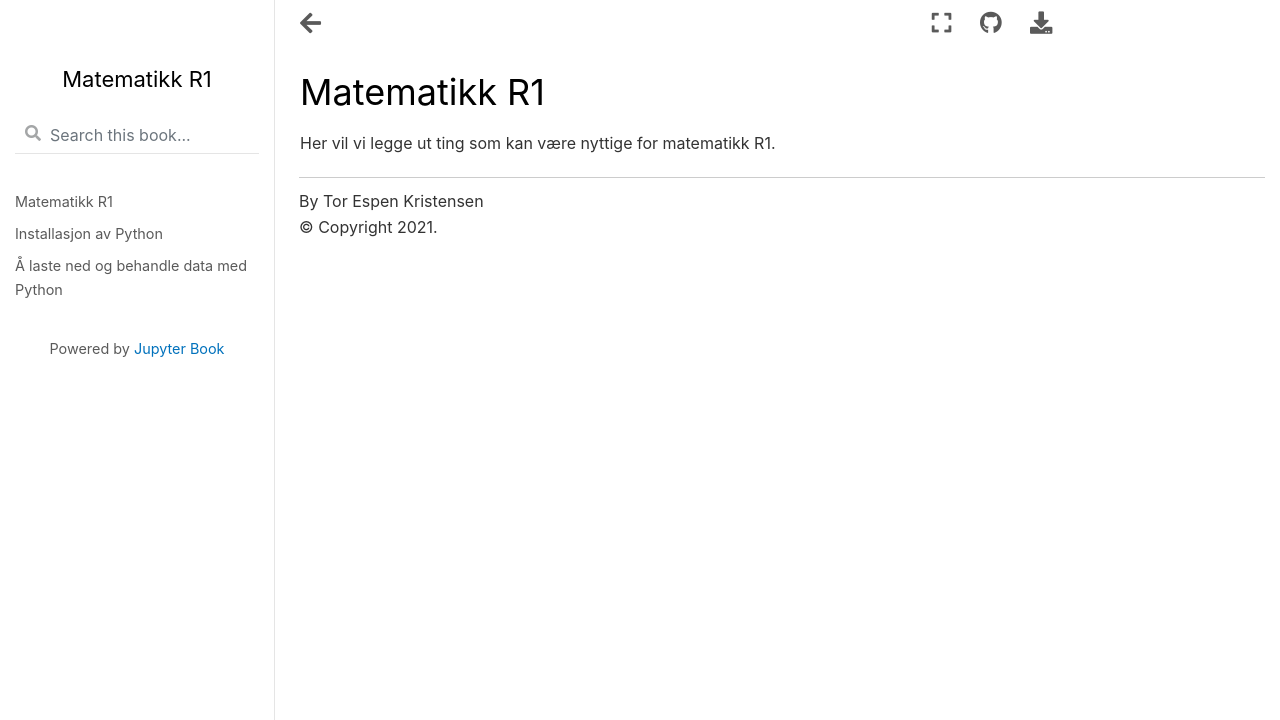
Repository: tork73/R1
Page: R1-programmering/_build/html/intro.html
These files come from the project's save history. The page is drawn as it stood at one moment and after the next save; the edit follows.
The browser window is 1280 px wide. The pictures show the whole page.

Above is the page before, as saved 2022-01-31 10:33:59.

### R1-programmering/_build/html/intro.html

<!DOCTYPE html>

<html>
  <head>
    <meta charset="utf-8" />
    <meta name="viewport" content="width=device-width, initial-scale=1.0" />
    <title>Matematikk R1 &#8212; Matematikk R1</title>

  <link href="../_static/css/theme.css" rel="stylesheet">
  <link href="../_static/css/index.ff1ffe594081f20da1ef19478df9384b.css" rel="stylesheet">


  <link rel="stylesheet"
    href="../_static/vendor/fontawesome/5.13.0/css/all.min.css">
  <link rel="preload" as="font" type="font/woff2" crossorigin
    href="../_static/vendor/fontawesome/5.13.0/webfonts/fa-solid-900.woff2">
  <link rel="preload" as="font" type="font/woff2" crossorigin
    href="../_static/vendor/fontawesome/5.13.0/webfonts/fa-brands-400.woff2">





    <link rel="stylesheet" type="text/css" href="../_static/pygments.css" />
    <link rel="stylesheet" type="text/css" href="../_static/sphinx-book-theme.css?digest=c3fdc42140077d1ad13ad2f1588a4309" />
    <link rel="stylesheet" type="text/css" href="../_static/togglebutton.css" />
    <link rel="stylesheet" type="text/css" href="../_static/copybutton.css" />
    <link rel="stylesheet" type="text/css" href="../_static/mystnb.css" />
    <link rel="stylesheet" type="text/css" href="../_static/sphinx-thebe.css" />
    <link rel="stylesheet" type="text/css" href="../_static/proof.css" />
    <link rel="stylesheet" type="text/css" href="../_static/panels-main.c949a650a448cc0ae9fd3441c0e17fb0.css" />
    <link rel="stylesheet" type="text/css" href="../_static/panels-variables.06eb56fa6e07937060861dad626602ad.css" />

  <link rel="preload" as="script" href="../_static/js/index.be7d3bbb2ef33a8344ce.js">

    <script data-url_root="../" id="documentation_options" src="../_static/documentation_options.js"></script>
    <script src="../_static/jquery.js"></script>
    <script src="../_static/underscore.js"></script>
    <script src="../_static/doctools.js"></script>
    <script src="../_static/togglebutton.js"></script>
    <script src="../_static/clipboard.min.js"></script>
    <script src="../_static/copybutton.js"></script>
    <script>var togglebuttonSelector = '.toggle, .admonition.dropdown, .tag_hide_input div.cell_input, .tag_hide-input div.cell_input, .tag_hide_output div.cell_output, .tag_hide-output div.cell_output, .tag_hide_cell.cell, .tag_hide-cell.cell';</script>
    <script src="../_static/sphinx-book-theme.d59cb220de22ca1c485ebbdc042f0030.js"></script>
    <script async="async" src="https://unpkg.com/thebe@0.5.1/lib/index.js"></script>
    <script>
        const thebe_selector = ".thebe"
        const thebe_selector_input = "pre"
        const thebe_selector_output = ".output"
    </script>
    <script async="async" src="../_static/sphinx-thebe.js"></script>
    <link rel="index" title="Index" href="../genindex.html" />
    <link rel="search" title="Search" href="../search.html" />
    <meta name="viewport" content="width=device-width, initial-scale=1" />
    <meta name="docsearch:language" content="None">


    <!-- Google Analytics -->

  </head>
  <body data-spy="scroll" data-target="#bd-toc-nav" data-offset="80">

    <div class="container-fluid" id="banner"></div>



    <div class="container-xl">
      <div class="row">

<div class="col-12 col-md-3 bd-sidebar site-navigation show" id="site-navigation">

        <div class="navbar-brand-box">
    <a class="navbar-brand text-wrap" href="../index.html">



      <h1 class="site-logo" id="site-title">Matematikk R1</h1>

    </a>
</div><form class="bd-search d-flex align-items-center" action="../search.html" method="get">
  <i class="icon fas fa-search"></i>
  <input type="search" class="form-control" name="q" id="search-input" placeholder="Search this book..." aria-label="Search this book..." autocomplete="off" >
</form><nav class="bd-links" id="bd-docs-nav" aria-label="Main">
    <div class="bd-toc-item active">
        <ul class="nav bd-sidenav">
 <li class="toctree-l1">
  <a class="reference internal" href="../intro.html">
   Matematikk R1
  </a>
 </li>
</ul>
<ul class="nav bd-sidenav">
 <li class="toctree-l1">
  <a class="reference internal" href="../innledning-programmering.html">
   Installasjon av Python
  </a>
 </li>
 <li class="toctree-l1">
  <a class="reference internal" href="../data-pandas.html">
   Å laste ned og behandle data med Python
  </a>
 </li>
</ul>

    </div>
</nav> <!-- To handle the deprecated key -->

<div class="navbar_extra_footer">
  Powered by <a href="https://jupyterbook.org">Jupyter Book</a>
</div>

</div>






<main class="col py-md-3 pl-md-4 bd-content overflow-auto" role="main">

    <div class="topbar container-xl fixed-top">
    <div class="topbar-contents row">
        <div class="col-12 col-md-3 bd-topbar-whitespace site-navigation show"></div>
        <div class="col pl-md-4 topbar-main">

            <button id="navbar-toggler" class="navbar-toggler ml-0" type="button" data-toggle="collapse"
                data-toggle="tooltip" data-placement="bottom" data-target=".site-navigation" aria-controls="navbar-menu"
                aria-expanded="true" aria-label="Toggle navigation" aria-controls="site-navigation"
                title="Toggle navigation" data-toggle="tooltip" data-placement="left">
                <i class="fas fa-bars"></i>
                <i class="fas fa-arrow-left"></i>
                <i class="fas fa-arrow-up"></i>
            </button>


<div class="dropdown-buttons-trigger">
    <button id="dropdown-buttons-trigger" class="btn btn-secondary topbarbtn" aria-label="Download this page"><i
            class="fas fa-download"></i></button>

    <div class="dropdown-buttons">
        <!-- ipynb file if we had a myst markdown file -->

        <!-- Download raw file -->
        <a class="dropdown-buttons" href="../_sources/.history/intro_20220131103359.md"><button type="button"
                class="btn btn-secondary topbarbtn" title="Download source file" data-toggle="tooltip"
                data-placement="left">.md</button></a>
        <!-- Download PDF via print -->
        <button type="button" id="download-print" class="btn btn-secondary topbarbtn" title="Print to PDF"
                onclick="printPdf(this)" data-toggle="tooltip" data-placement="left">.pdf</button>
    </div>
</div>

            <!-- Source interaction buttons -->

<div class="dropdown-buttons-trigger">
    <button id="dropdown-buttons-trigger" class="btn btn-secondary topbarbtn"
        aria-label="Connect with source repository"><i class="fab fa-github"></i></button>
    <div class="dropdown-buttons sourcebuttons">
        <a class="repository-button"
            href="https://github.com/executablebooks/jupyter-book"><button type="button" class="btn btn-secondary topbarbtn"
                data-toggle="tooltip" data-placement="left" title="Source repository"><i
                    class="fab fa-github"></i>repository</button></a>
        <a class="issues-button"
            href="https://github.com/executablebooks/jupyter-book/issues/new?title=Issue%20on%20page%20%2F.history/intro_20220131103359.html&body=Your%20issue%20content%20here."><button
                type="button" class="btn btn-secondary topbarbtn" data-toggle="tooltip" data-placement="left"
                title="Open an issue"><i class="fas fa-lightbulb"></i>open issue</button></a>

    </div>
</div>

            <!-- Full screen (wrap in <a> to have style consistency -->

<a class="full-screen-button"><button type="button" class="btn btn-secondary topbarbtn" data-toggle="tooltip"
        data-placement="bottom" onclick="toggleFullScreen()" aria-label="Fullscreen mode"
        title="Fullscreen mode"><i
            class="fas fa-expand"></i></button></a>

            <!-- Launch buttons -->

        </div>

        <!-- Table of contents -->
        <div class="d-none d-md-block col-md-2 bd-toc show noprint">

        </div>
    </div>
</div>
    <div id="main-content" class="row">
        <div class="col-12 col-md-9 pl-md-3 pr-md-0">
            <!-- Table of contents that is only displayed when printing the page -->
            <div id="jb-print-docs-body" class="onlyprint">
                <h1>Matematikk R1</h1>
                <!-- Table of contents -->
                <div id="print-main-content">
                    <div id="jb-print-toc">

                    </div>
                </div>
            </div>

              <div>

  <div class="tex2jax_ignore mathjax_ignore section" id="matematikk-r1">
<h1>Matematikk R1<a class="headerlink" href="#matematikk-r1" title="Permalink to this headline">¶</a></h1>
<p>Her vil vi legge ut ting som kan være nyttige for matematikk R1.</p>
</div>

    <script type="text/x-thebe-config">
    {
        requestKernel: true,
        binderOptions: {
            repo: "binder-examples/jupyter-stacks-datascience",
            ref: "master",
        },
        codeMirrorConfig: {
            theme: "abcdef",
            mode: "python"
        },
        kernelOptions: {
            kernelName: "python3",
            path: "./.history"
        },
        predefinedOutput: true
    }
    </script>
    <script>kernelName = 'python3'</script>

              </div>


                <!-- Previous / next buttons -->
<div class='prev-next-area'>
</div>

        </div>
    </div>
    <footer class="footer">
  <p>

      By Tor Espen Kristensen<br/>

        &copy; Copyright 2021.<br/>
  </p>
</footer>
</main>


      </div>
    </div>

  <script src="../_static/js/index.be7d3bbb2ef33a8344ce.js"></script>

  </body>
</html>

### R1-programmering/_build/html/_static/togglebutton.css
/* Visibility of the target */
.toggle, div.admonition.toggle .admonition-title ~ * {
    transition: opacity .5s, height .5s;
}

.toggle-hidden:not(.admonition) {
    visibility: hidden;
    opacity: 0;
    height: 1.5em;
    margin: 0px;
    padding: 0px;
}

/* Overrides for admonition toggles */

/* Titles should cut off earlier to avoid overlapping w/ button */
div.admonition.toggle p.admonition-title {
    padding-right: 25%;
}

/* hides all the content of a page until de-toggled */
div.admonition.toggle-hidden .admonition-title ~ * {
    height: 0;
    margin: 0;
    float: left; /* so they overlap when hidden */
    opacity: 0;
    visibility: hidden;
}

/* Toggle buttons inside admonitions so we see the title */
.toggle.admonition {
    position: relative;
}

.toggle.admonition.admonition-title:after {
    content: "" !important;
}

/* Note, we'll over-ride this in sphinx-book-theme */
.toggle.admonition button.toggle-button {
    margin-right: 0.5em;
    right: 0em;
    position: absolute;
    top: .2em;
}

/* General button style */
button.toggle-button {
    background: #999;
    border: none;
    z-index: 100;
    right: -2.5em;
    margin-left: -2.5em; /* A hack to keep code blocks from being pushed left */
    position: relative;
    float: right;
    border-radius: 100%;
    width: 1.5em;
    height: 1.5em;
    padding: 0px;
}

@media (min-width: 768px) {
    button.toggle-button.toggle-button-hidden:before {
        content: "Click to show";
        position: absolute;
        font-size: .8em;
        left: -6.5em;
        bottom: .4em;
    }
}


/* Plus / minus toggles */
.toggle-button .bar {
    background-color: white;
    position: absolute;
    left: 15%;
    top: 43%;
    width: 16px;
    height: 3px;
}

.toggle-button .vertical {
    transition: all 0.25s ease-in-out;
    transform-origin: center;
}

.toggle-button-hidden .vertical {
    transform: rotate(-90deg);
}

### R1-programmering/_build/html/_static/copybutton.css
/* Copy buttons */
button.copybtn {
    position: absolute;
    display: flex;
    top: .3em;
    right: .5em;
    width: 1.7em;
    height: 1.7em;
	opacity: 0;
    transition: opacity 0.3s, border .3s, background-color .3s;
    user-select: none;
    padding: 0;
    border: none;
    outline: none;
    border-radius: 0.4em;
    border: #e1e1e1 1px solid;
    background-color: rgb(245, 245, 245);
}

button.copybtn.success {
    border-color: #22863a;
}

button.copybtn img {
    width: 100%;
    padding: .2em;
}

div.highlight  {
    position: relative;
}

.highlight:hover button.copybtn {
	opacity: 1;
}

.highlight button.copybtn:hover {
    background-color: rgb(235, 235, 235);
}

.highlight button.copybtn:active {
    background-color: rgb(187, 187, 187);
}

/**
 * A minimal CSS-only tooltip copied from:
 *   https://codepen.io/mildrenben/pen/rVBrpK
 *
 * To use, write HTML like the following:
 *
 * <p class="o-tooltip--left" data-tooltip="Hey">Short</p>
 */
 .o-tooltip--left {
  position: relative;
 }

 .o-tooltip--left:after {
    opacity: 0;
    visibility: hidden;
    position: absolute;
    content: attr(data-tooltip);
    padding: .2em;
    font-size: .8em;
    left: -.2em;
    background: grey;
    color: white;
    white-space: nowrap;
    z-index: 2;
    border-radius: 2px;
    transform: translateX(-102%) translateY(0);
    transition: opacity 0.2s cubic-bezier(0.64, 0.09, 0.08, 1), transform 0.2s cubic-bezier(0.64, 0.09, 0.08, 1);
}

.o-tooltip--left:hover:after {
    display: block;
    opacity: 1;
    visibility: visible;
    transform: translateX(-100%) translateY(0);
    transition: opacity 0.2s cubic-bezier(0.64, 0.09, 0.08, 1), transform 0.2s cubic-bezier(0.64, 0.09, 0.08, 1);
    transition-delay: .5s;
}

### R1-programmering/_build/html/_static/mystnb.css
/* Whole cell */
div.container.cell {
  padding-left: 0;
  margin-bottom: 1em;
}

/* Removing all background formatting so we can control at the div level */
.cell_input div.highlight, .cell_output pre, .cell_input pre, .cell_output .output {
  border: none;
  box-shadow: none;
}

.cell_output .output pre, .cell_input pre {
  margin: 0px;
}

/* Input cells */
div.cell div.cell_input {
  padding-left: 0em;
  padding-right: 0em;
  border: 1px #ccc solid;
  background-color: #f7f7f7;
  border-left-color: green;
  border-left-width: medium;
}

div.cell_input > div, div.cell_output div.output > div.highlight {
  margin: 0em !important;
  border: none !important;
}

/* All cell outputs */
.cell_output {
  padding-left: 1em;
  padding-right: 0em;
  margin-top: 1em;
}

/* Outputs from jupyter_sphinx overrides to remove extra CSS */
div.section div.jupyter_container {
  padding: .4em;
  margin: 0 0 .4em 0;
  background-color: none;
  border: none;
  -moz-box-shadow: none;
  -webkit-box-shadow: none;
  box-shadow: none;
}

/* Text outputs from cells */
.cell_output .output.text_plain,
.cell_output .output.traceback,
.cell_output .output.stream,
.cell_output .output.stderr
  {
  background: #fcfcfc;
  margin-top: 1em;
  margin-bottom: 0em;
  box-shadow: none;
}

.cell_output .output.text_plain,
.cell_output .output.stream,
.cell_output .output.stderr {
  border: 1px solid #f7f7f7;
}

.cell_output .output.stderr {
  background: #fdd;
}

.cell_output .output.traceback {
  border: 1px solid #ffd6d6;
}

/* Math align to the left */
.cell_output .MathJax_Display {
  text-align: left !important;
}

/* Pandas tables. Pulled from the Jupyter / nbsphinx CSS */
div.cell_output table {
    border: none;
    border-collapse: collapse;
    border-spacing: 0;
    color: black;
    font-size: 1em;
    table-layout: fixed;
  }
  div.cell_output thead {
    border-bottom: 1px solid black;
    vertical-align: bottom;
  }
  div.cell_output tr,
  div.cell_output th,
  div.cell_output td {
    text-align: right;
    vertical-align: middle;
    padding: 0.5em 0.5em;
    line-height: normal;
    white-space: normal;
    max-width: none;
    border: none;
  }
  div.cell_output th {
    font-weight: bold;
  }
  div.cell_output tbody tr:nth-child(odd) {
    background: #f5f5f5;
  }
  div.cell_output tbody tr:hover {
    background: rgba(66, 165, 245, 0.2);
  }


/* Inline text from `paste` operation */

span.pasted-text {
  font-weight: bold;
}

span.pasted-inline img {
  max-height: 2em;
}

tbody span.pasted-inline img {
  max-height: none;
}

/* Font colors for translated ANSI escape sequences
Color values are adapted from share/jupyter/nbconvert/templates/classic/static/style.css
*/
div.highlight .-Color-Bold {
  font-weight: bold;
}
div.highlight .-Color[class*=-Black] {
  color :#3E424D
}
div.highlight .-Color[class*=-Red] {
  color: #E75C58
}
div.highlight .-Color[class*=-Green] {
  color: #00A250
}
div.highlight .-Color[class*=-Yellow] {
  color: yellow
}
div.highlight .-Color[class*=-Blue] {
  color: #208FFB
}
div.highlight .-Color[class*=-Magenta] {
  color: #D160C4
}
div.highlight .-Color[class*=-Cyan] {
  color: #60C6C8
}
div.highlight .-Color[class*=-White] {
  color: #C5C1B4
}
div.highlight .-Color[class*=-BGBlack] {
  background-color: #3E424D
}
div.highlight .-Color[class*=-BGRed] {
  background-color: #E75C58
}
div.highlight .-Color[class*=-BGGreen] {
  background-color: #00A250
}
div.highlight .-Color[class*=-BGYellow] {
  background-color: yellow
}
div.highlight .-Color[class*=-BGBlue] {
  background-color: #208FFB
}
div.highlight .-Color[class*=-BGMagenta] {
  background-color: #D160C4
}
div.highlight .-Color[class*=-BGCyan] {
  background-color: #60C6C8
}
div.highlight .-Color[class*=-BGWhite] {
  background-color: #C5C1B4
}

### R1-programmering/_build/html/_static/sphinx-thebe.css
/* Thebelab Buttons */
.thebelab-button {
    z-index: 999;
    display: inline-block;
    padding: 0.35em 1.2em;
    margin: 0px 1px;
    border-radius: 0.12em;
    box-sizing:  border-box;
    text-decoration: none;
    font-family: 'Roboto', sans-serif;
    font-weight: 300;
    text-align: center;
    transition: all 0.2s;
    background-color: #dddddd;
    border: 0.05em solid white;
    color: #000000;
}

.thebelab-button:hover{
    border: 0.05em solid black;
    background-color: #fcfcfc;
}

.thebe-launch-button {
    height: 2.2em;
    font-size: .8em;
    border: 1px black solid;
}

/* Thebelab Cell */
.thebelab-cell pre {
  background: none;
}

.thebelab-cell .thebelab-input {
    padding-left: 1em;
    margin-bottom: .5em;
    margin-top: .5em;
}

.thebelab-cell .jp-OutputArea {
    margin-top: .5em;
    margin-left: 1em;
}

button.thebelab-button.thebelab-run-button {
    margin-left: 1.5em;
    margin-bottom: .5em;
}

/* Loading button */
button.thebe-launch-button div.spinner {
    float: left;
    margin-right: 1em;
}

/* Remove the spinner when thebelab is ready */
.thebe-launch-button.thebe-status-ready .spinner {
    display: none;
}

.thebe-launch-button span.status {
    font-family: monospace;
    font-weight: bold;
}

.thebe-launch-button.thebe-status-ready span.status {
    color: green;
}

.spinner {
    height: 2em;
    text-align: center;
    font-size: 0.7em;
  }

  .spinner > div {
    background-color: #F37726;
    height: 100%;
    width: 6px;
    display: inline-block;

    -webkit-animation: sk-stretchdelay 1.2s infinite ease-in-out;
    animation: sk-stretchdelay 1.2s infinite ease-in-out;
  }

  .spinner .rect2 {
    -webkit-animation-delay: -1.1s;
    animation-delay: -1.1s;
  }

  .spinner .rect3 {
    -webkit-animation-delay: -1.0s;
    animation-delay: -1.0s;
  }

  .spinner .rect4 {
    -webkit-animation-delay: -0.9s;
    animation-delay: -0.9s;
  }

  .spinner .rect5 {
    -webkit-animation-delay: -0.8s;
    animation-delay: -0.8s;
  }

  @-webkit-keyframes sk-stretchdelay {
    0%, 40%, 100% { -webkit-transform: scaleY(0.4) }
    20% { -webkit-transform: scaleY(1.0) }
  }

  @keyframes sk-stretchdelay {
    0%, 40%, 100% {
      transform: scaleY(0.4);
      -webkit-transform: scaleY(0.4);
    }  20% {
      transform: scaleY(1.0);
      -webkit-transform: scaleY(1.0);
    }
  }

### R1-programmering/_build/html/_static/panels-main.c949a650a448cc0ae9fd3441c0e17fb0.css
details.dropdown .summary-title{padding-right:3em !important;-moz-user-select:none;-ms-user-select:none;-webkit-user-select:none;user-select:none}details.dropdown:hover{cursor:pointer}details.dropdown .summary-content{cursor:default}details.dropdown summary{list-style:none;padding:1em}details.dropdown summary .octicon.no-title{vertical-align:middle}details.dropdown[open] summary .octicon.no-title{visibility:hidden}details.dropdown summary::-webkit-details-marker{display:none}details.dropdown summary:focus{outline:none}details.dropdown summary:hover .summary-up svg,details.dropdown summary:hover .summary-down svg{opacity:1}details.dropdown .summary-up svg,details.dropdown .summary-down svg{display:block;opacity:.6}details.dropdown .summary-up,details.dropdown .summary-down{pointer-events:none;position:absolute;right:1em;top:.75em}details.dropdown[open] .summary-down{visibility:hidden}details.dropdown:not([open]) .summary-up{visibility:hidden}details.dropdown.fade-in[open] summary~*{-moz-animation:panels-fade-in .5s ease-in-out;-webkit-animation:panels-fade-in .5s ease-in-out;animation:panels-fade-in .5s ease-in-out}details.dropdown.fade-in-slide-down[open] summary~*{-moz-animation:panels-fade-in .5s ease-in-out, panels-slide-down .5s ease-in-out;-webkit-animation:panels-fade-in .5s ease-in-out, panels-slide-down .5s ease-in-out;animation:panels-fade-in .5s ease-in-out, panels-slide-down .5s ease-in-out}@keyframes panels-fade-in{0%{opacity:0}100%{opacity:1}}@keyframes panels-slide-down{0%{transform:translate(0, -10px)}100%{transform:translate(0, 0)}}.octicon{display:inline-block;fill:currentColor;vertical-align:text-top}.tabbed-content{box-shadow:0 -.0625rem var(--tabs-color-overline),0 .0625rem var(--tabs-color-underline);display:none;order:99;padding-bottom:.75rem;padding-top:.75rem;width:100%}.tabbed-content>:first-child{margin-top:0 !important}.tabbed-content>:last-child{margin-bottom:0 !important}.tabbed-content>.tabbed-set{margin:0}.tabbed-set{border-radius:.125rem;display:flex;flex-wrap:wrap;margin:1em 0;position:relative}.tabbed-set>input{opacity:0;position:absolute}.tabbed-set>input:checked+label{border-color:var(--tabs-color-label-active);color:var(--tabs-color-label-active)}.tabbed-set>input:checked+label+.tabbed-content{display:block}.tabbed-set>input:focus+label{outline-style:auto}.tabbed-set>input:not(.focus-visible)+label{outline:none;-webkit-tap-highlight-color:transparent}.tabbed-set>label{border-bottom:.125rem solid transparent;color:var(--tabs-color-label-inactive);cursor:pointer;font-size:var(--tabs-size-label);font-weight:700;padding:1em 1.25em .5em;transition:color 250ms;width:auto;z-index:1}html .tabbed-set>label:hover{color:var(--tabs-color-label-active)}

Loaded but not shown: R1-programmering/_build/html/_static/css/index.ff1ffe594081f20da1ef19478df9384b.css (library); R1-programmering/_build/html/_static/vendor/fontawesome/5.13.0/css/all.min.css (library); R1-programmering/_build/html/_static/sphinx-book-theme.css (library); R1-programmering/_build/html/_static/panels-variables.06eb56fa6e07937060861dad626602ad.css (common file); R1-programmering/_build/html/_static/js/index.be7d3bbb2ef33a8344ce.js (library); R1-programmering/_build/html/_static/documentation_options.js (common file); R1-programmering/_build/html/_static/jquery.js (library); R1-programmering/_build/html/_static/underscore.js (library); R1-programmering/_build/html/_static/clipboard.min.js (library); R1-programmering/_build/html/_static/doctools.js (323 lines, source omitted); R1-programmering/_build/html/_static/copybutton.js (197 lines, source omitted); R1-programmering/_build/html/_static/sphinx-thebe.js (96 lines, source omitted); R1-programmering/_build/html/_static/sphinx-book-theme.d59cb220de22ca1c485ebbdc042f0030.js (22 lines, source omitted); R1-programmering/_build/html/_static/togglebutton.js (76 lines, source omitted); R1-programmering/_build/html/_static/basic.css (905 lines, source omitted); R1-programmering/_build/html/_static/proof.css (196 lines, source omitted); R1-programmering/_build/html/_static/css/theme.css (120 lines, source omitted); R1-programmering/_build/html/_static/pygments.css (69 lines, source omitted)

After the next save:
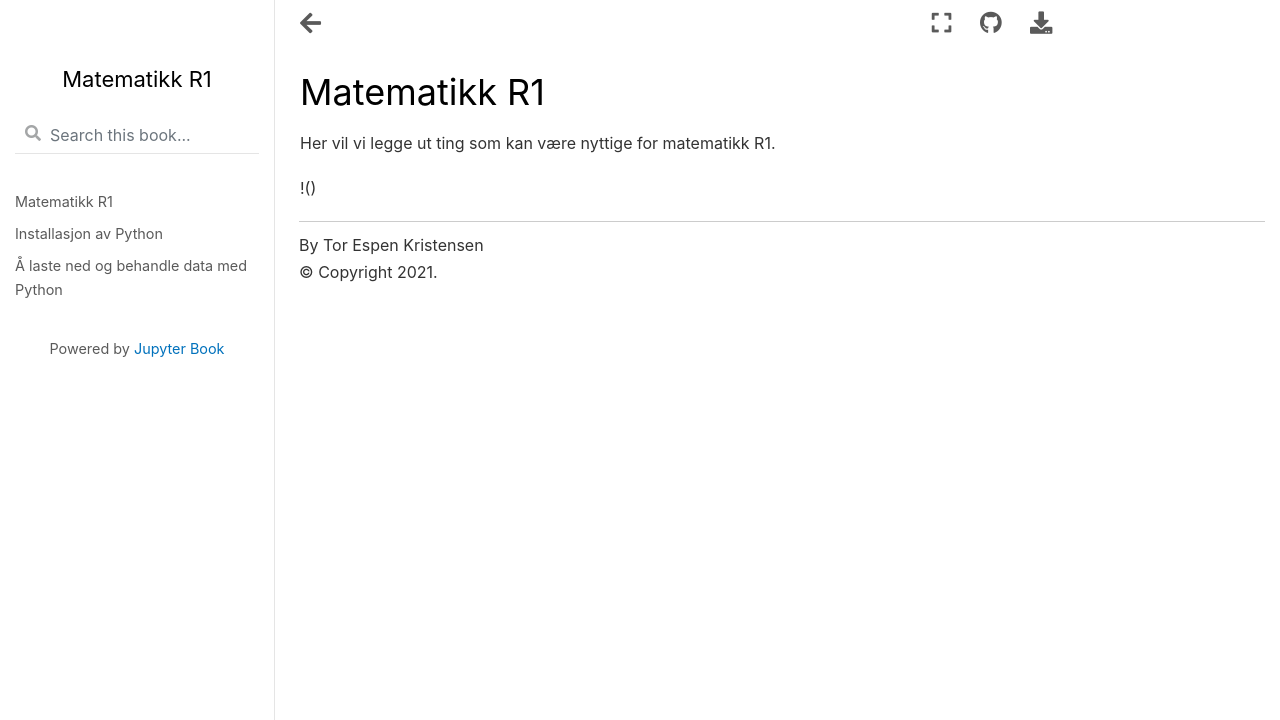
Saved 3 h 52 min later.
--- a/R1-programmering/_build/html/intro.html
+++ b/R1-programmering/_build/html/intro.html
@@ -142,7 +142,7 @@
         <!-- ipynb file if we had a myst markdown file -->
 
         <!-- Download raw file -->
-        <a class="dropdown-buttons" href="../_sources/.history/intro_20220131103359.md"><button type="button"
+        <a class="dropdown-buttons" href="../_sources/.history/intro_20220131142644.md"><button type="button"
                 class="btn btn-secondary topbarbtn" title="Download source file" data-toggle="tooltip"
                 data-placement="left">.md</button></a>
         <!-- Download PDF via print -->
@@ -162,7 +162,7 @@
                 data-toggle="tooltip" data-placement="left" title="Source repository"><i
                     class="fab fa-github"></i>repository</button></a>
         <a class="issues-button"
-            href="https://github.com/executablebooks/jupyter-book/issues/new?title=Issue%20on%20page%20%2F.history/intro_20220131103359.html&body=Your%20issue%20content%20here."><button
+            href="https://github.com/executablebooks/jupyter-book/issues/new?title=Issue%20on%20page%20%2F.history/intro_20220131142644.html&body=Your%20issue%20content%20here."><button
                 type="button" class="btn btn-secondary topbarbtn" data-toggle="tooltip" data-placement="left"
                 title="Open an issue"><i class="fas fa-lightbulb"></i>open issue</button></a>
 
@@ -204,6 +204,7 @@
   <div class="tex2jax_ignore mathjax_ignore section" id="matematikk-r1">
 <h1>Matematikk R1<a class="headerlink" href="#matematikk-r1" title="Permalink to this headline">¶</a></h1>
 <p>Her vil vi legge ut ting som kan være nyttige for matematikk R1.</p>
+<p>!()</p>
 </div>
 
     <script type="text/x-thebe-config">
